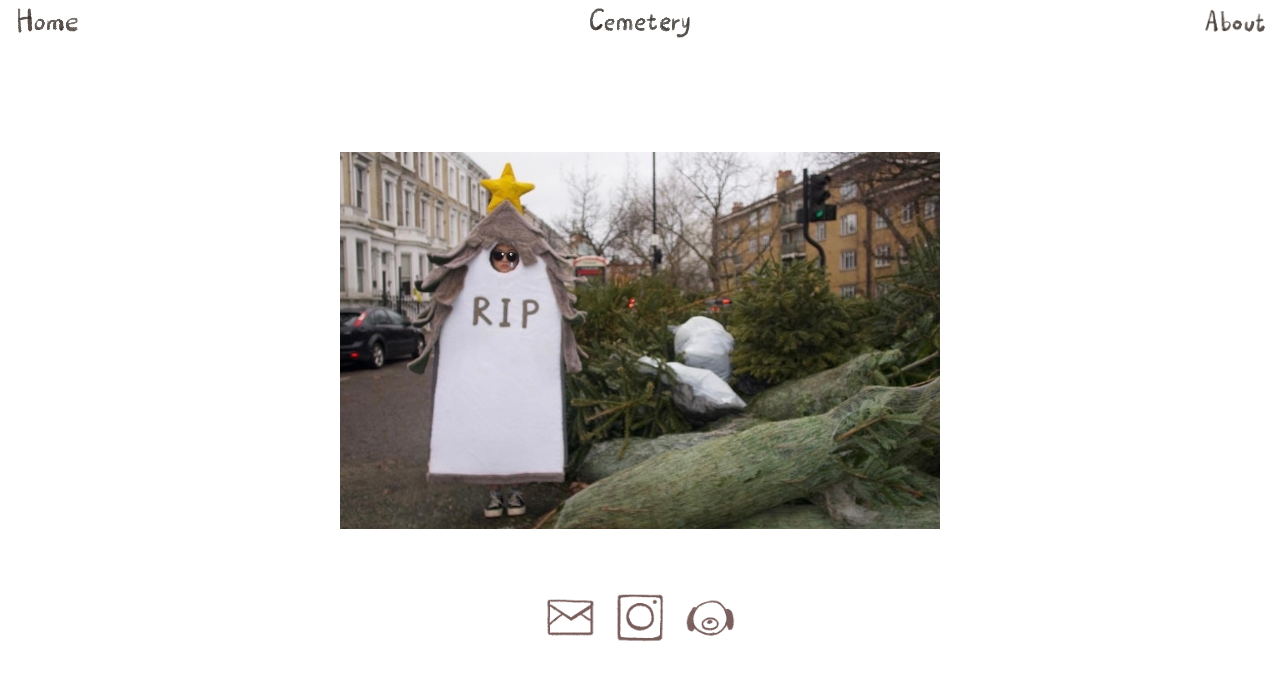
Repository: FuugaMo/ByeByeChristmasTree.github.io
Page: about.html
An editor plug-in stored every save of this project. The page is shown before and after the next save, followed by the edit.
The browser window is 1280 px wide. The pictures show the whole page.

Above is the page before, as saved 2023-08-01 21:53:47.

After the next save:
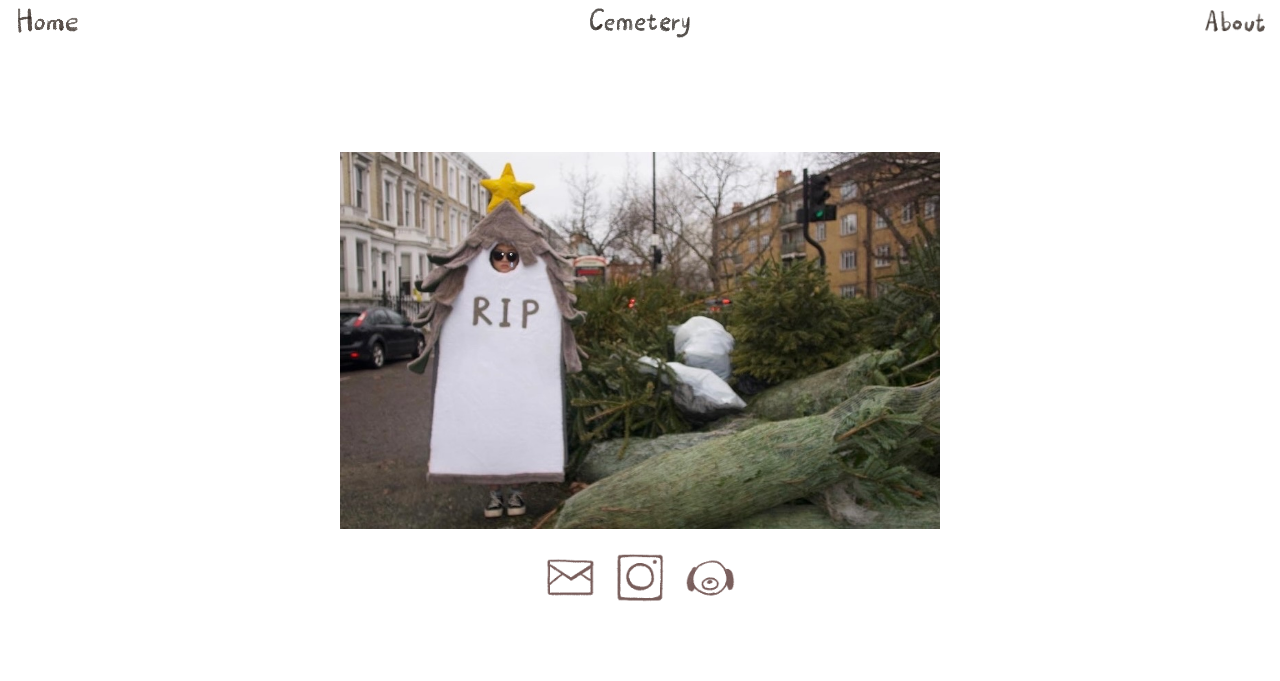
Saved 11 h 38 min later.
--- a/about.css
+++ b/about.css
@@ -92,7 +92,7 @@ html {
 }
 
 .link {
-    margin-top: 50px;
+    margin-top: 10px;
     display: flex;
     justify-content: center;
     align-items: center;
